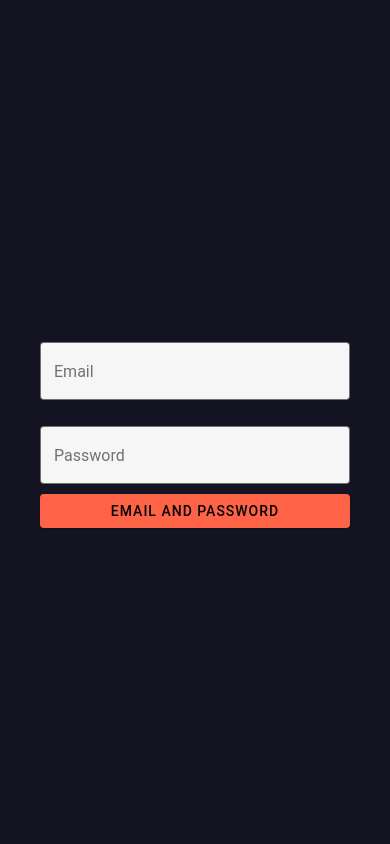
Repository: pascalgrim/GymTracker
Screen: /
An editor plug-in stored every save of this project. The screen is shown before and after the next save, followed by the edit.
The app was drawn by React Native's web renderer in a window 390 px wide. The project was rebuilt for these pictures with package versions that can differ from the ones it lists, and the page was loaded fresh each time. Also part of the build but not shown: components/menuCard.js, components/Dashboard.js, firebase.js, context/AuthContext.js.

Above is the screen before, as saved 2021-11-05 20:07:33.

### App.js
import { StatusBar } from "expo-status-bar";
import React from "react";
import {
  Button,
  StyleSheet,
  Text,
  View,
  TouchableOpacity,
  Image,
  SafeAreaView,
} from "react-native";
import MenuCard from "./components/menuCard";

// LOGOS
import mainLogo from "./imgs/mainLogo.png";
import SettingsIcon from "./imgs/mainSettings.png";

// ICONS FOR CARDS
import IconSessions from "./imgs/schreibe-brief.png";
import Dashboard from "./components/Dashboard";
import Signup from "./components/Signup";

export default function App() {
  return (
    <View style={styles.container}>
      {/* <Dashboard/> */}
      <Signup/>

      <StatusBar style="auto" />
    </View>
  );
}

const styles = StyleSheet.create({
  container: {
    flex: 1,
    backgroundColor: "#131321",
    paddingLeft: 40,
    paddingRight: 40,
    paddingTop: 30,
    paddingBottom: 20,
  },
});

### components/Signup.js
import React from 'react'
import {Card, Button,TextInput,Appbar, DarkTheme,DefaultTheme} from 'react-native-paper';
import { View,StyleSheet } from 'react-native';
import { useRef ,useState} from 'react'
import { Link,Route,BrowserRouter as Router,Routes } from 'react-router-dom';
// import Button from '@mui/material/Button';
import {useAuth} from "../context/AuthContext"

const theme = {
    ...DefaultTheme,
    colors: {
      ...DefaultTheme.colors,
      primary: 'tomato',
      accent: 'yellow',
    },
  };

export default function Signup() {
    const emailRef = useRef()
    const passwordRef = useRef()
    const passwordConfirmRef = useRef()
    const signup = useAuth()
    const [error,setError] = useState("")
    const [loading,setLoading] = useState(false)

    async function handleSubmit(e){
        e.preventDefault()
        console.log((passwordRef.current.value).length)

        if (passwordRef.current.value !== passwordConfirmRef.current.value){
            return setError("Passwords do not match.")
        }
        else if ((passwordRef.current.value).length < 6){
            return setError("Passwords must have at least 6 characters.")
        }
        try{
            setError("")
            setLoading(true)
            await signup(emailRef.current.value,passwordRef.current.value)
            history.push("/")
        }catch{
            setError("Failed to create an Account.")
        }
        setLoading(false)


    }
    return (
        <View style={styles.container}>
            <TextInput theme={theme} label="Email" mode="outlined" style={styles.textInput}/>
            <TextInput theme={theme} label="Password" mode="outlined" secureTextEntry={true} style={styles.textInput}/>
            <Button theme={theme} mode="contained" onPress={handleSubmit}>Email And Password</Button>
        </View>

    )
}

const styles = StyleSheet.create({
    container: {
        flex:1,
        justifyContent:"center",
    },
    textInput:{
        marginTop:10,
        marginBottom:10,
    }
  });

After the next save:
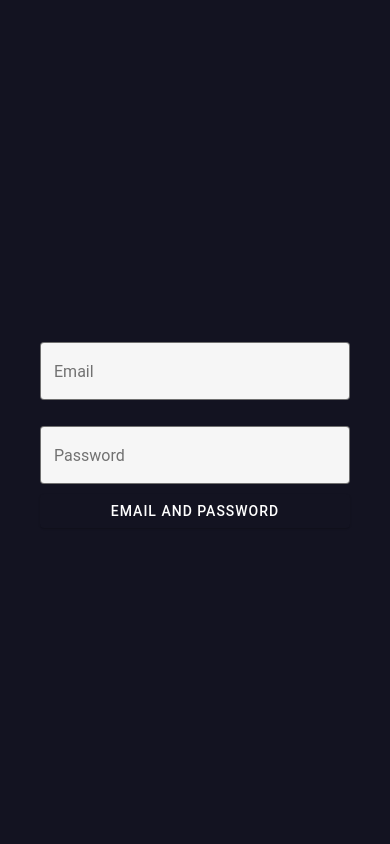
Saved 43 s later.
--- a/components/Signup.js
+++ b/components/Signup.js
@@ -10,7 +10,7 @@
     ...DefaultTheme,
     colors: {
       ...DefaultTheme.colors,
-      primary: 'tomato',
+      primary: '#131321',
       accent: 'yellow',
     },
   };

After the 3 saves that followed:
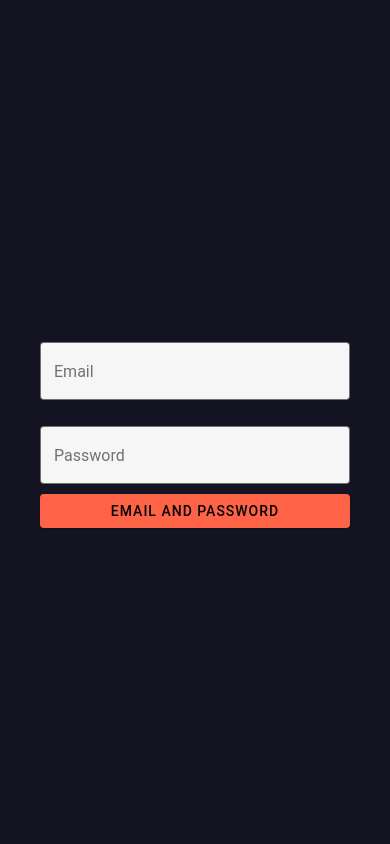
The 3 saves are shown as one change because 1 did not build or start and 1 left the picture as it was.
The last was saved 40 s later.
--- a/components/Signup.js
+++ b/components/Signup.js
@@ -10,7 +10,7 @@
     ...DefaultTheme,
     colors: {
       ...DefaultTheme.colors,
-      primary: '#131321',
+      primary: 'tomato',
       accent: 'yellow',
     },
   };
